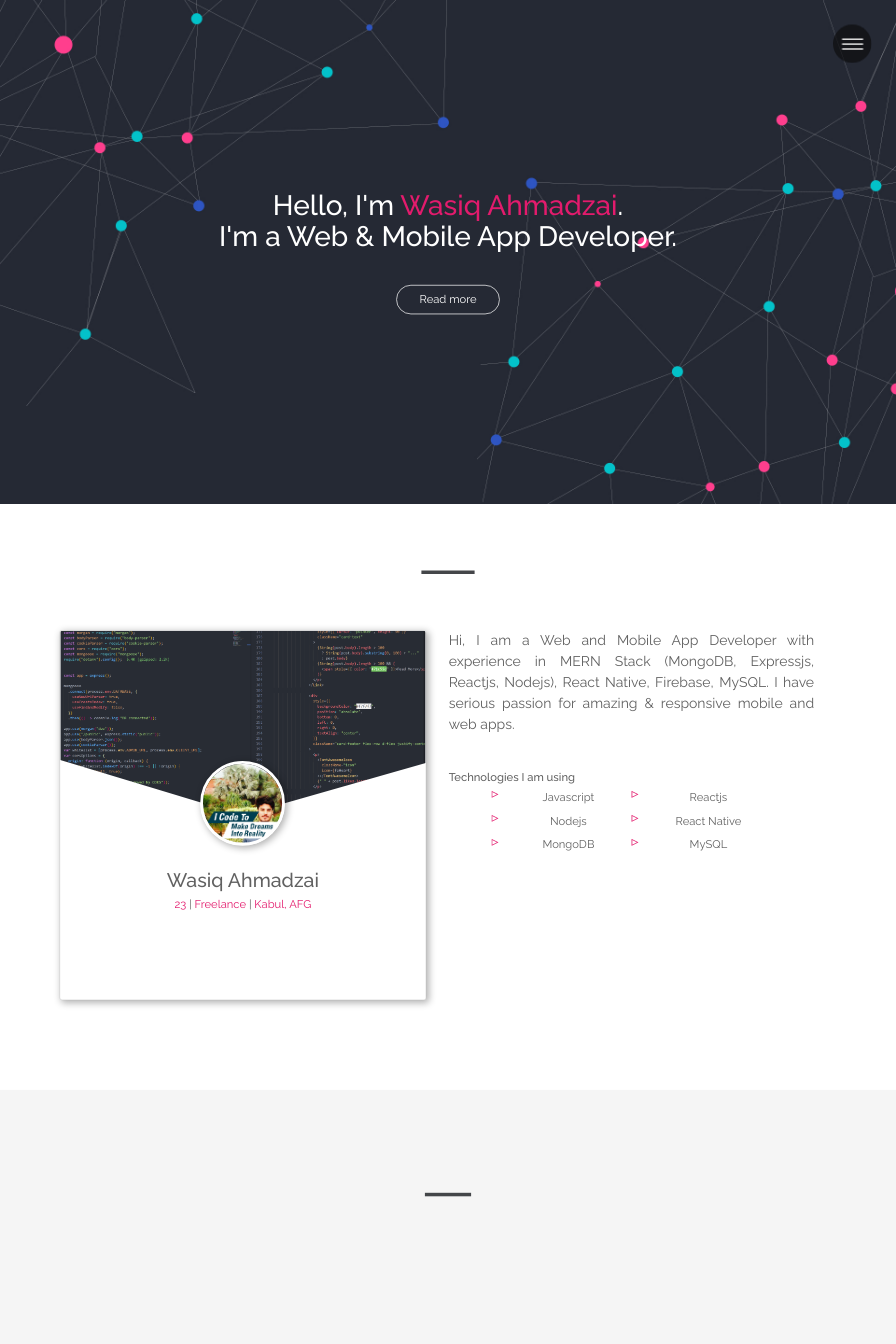
Repository: wasiqkhan/wasiqkhan.github.io
Page: index.html
An editor plug-in stored every save of this project. The page is shown before and after the next save, followed by the edit.
The browser window is 1280 px wide. The pictures show the part of the page from y = 0 to 1920 px (the page is 5002 px tall), at 70% of full size.
Some web fonts or font styles are not loaded; a fallback is used.

Above is the page before, as saved 2020-11-06 17:26:28.
Not found: js/all.js
Not found: js/app.js
Not found: js/particles.js

After the next save:
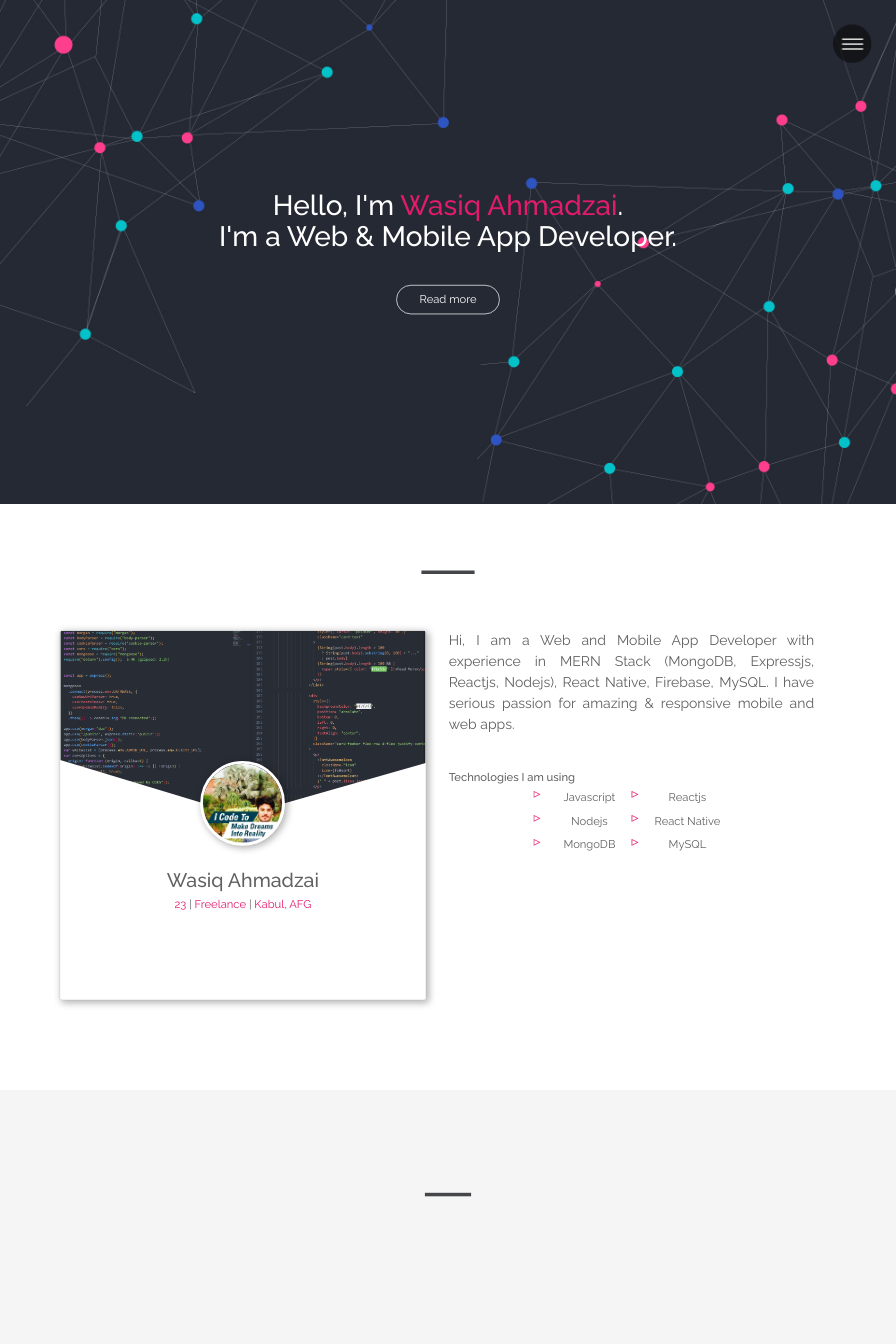
Saved 14 s later.
--- a/css/style.css
+++ b/css/style.css
@@ -463,7 +463,7 @@ a {
 }
 .skill-set {
   display: grid;
-  grid-template-columns: repeat(2, minmax(140px, 200px));
+  grid-template-columns: repeat(2, minmax(140px, 140px));
   padding: 0px;
   margin: auto;
   overflow: hidden;
